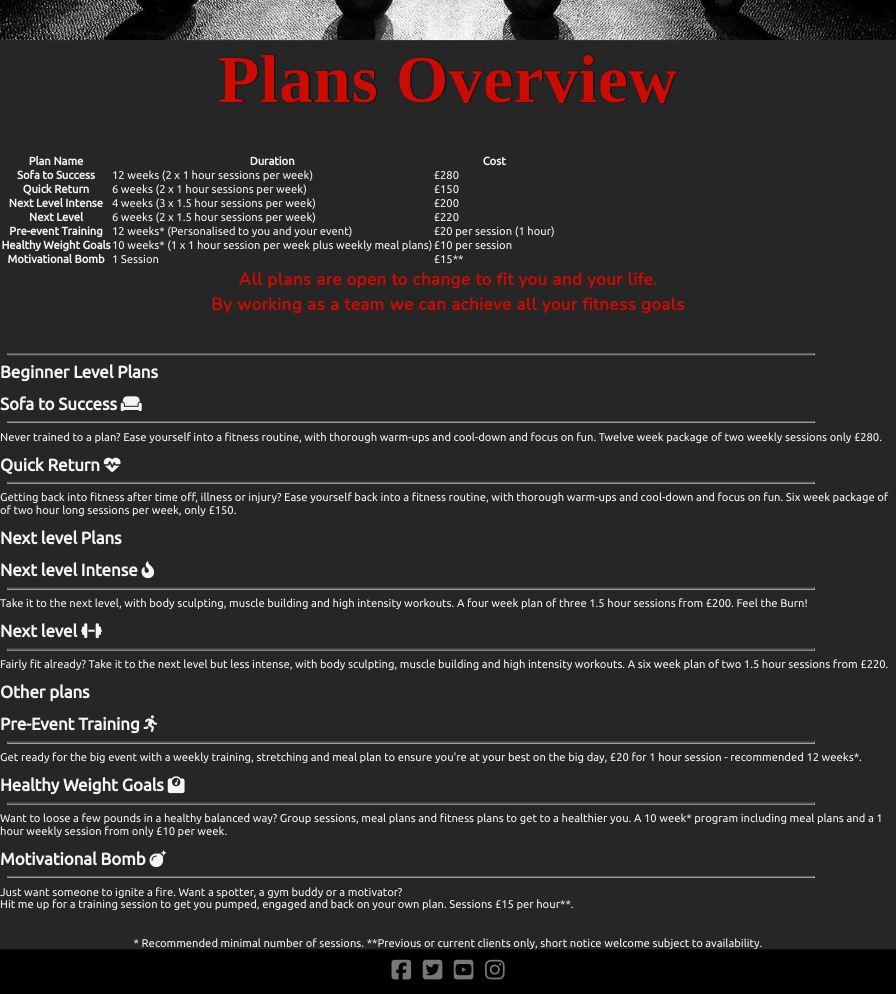
Repository: ClaireRoberts1403/Joe-Bloggs-Personal-Trainer
Page: html/plans.html
The author's editor kept a record of every edit. The page is drawn from the files as they stood at one moment, then again after the next edit.
The browser window is 1280 px wide. The pictures show the part of the page from y = 706 to 2626 px (the page is 2126 px tall before and 2626 px after), at 70% of full size.
Backgrounds fixed to the window are drawn as part of the page. Some web fonts or font styles are not loaded; a fallback is used. Some web libraries are served in a nearby version.

Above is the page before.

### html/plans.html
<!DOCTYPE html>
<html lang="en">

<head>
	<meta charset="UTF-8">
	<meta name="viewport" content="width=device-width, initial-scale=1.0">
	<meta http-equiv="X-UA-Compatible" content="ie=edge">
	<script src="https://kit.fontawesome.com/90ed803b97.js" crossorigin="anonymous"></script>
	<link rel="stylesheet" href="..//assets/style.css">
	<title>Joe Bloggs | Plans </title>
</head>

<body>
	<!-- Navbar -->
	<header>
		<nav>
			<ul id="menu">
				<h1 id="menulogo">Joe Bloggs | Personal Trainer</h1>
				<div class="menuright">
					<li>
						<a href="index.html">Home</a>
					</li>
					<li>
						<a id="active" href="plans.html">Plans</a>
					</li>
					<li>
						<a href="reviews.html">Reviews</a>
					</li>
					<li>
						<a href="contact.html">Contact Me</a>
					</li>
			</ul>
		</nav>
	</header>
	<section id="hero">
		<div class="plans-image">
			<h1 id="hero-name">
				Training Plans</h1>
			<h1 id="hero-title">
				Lets get you started...</h1>
			<h2 id="hero-quote">
				All plans are adaptable to fit you and your goals.</h2>
		</div>
	</section>
	<section>
		<div class="planstable">
			<h1 class="plans-title">Plans Overview</h1>
			<table id="planstable">
				<thead>
					<tr>
						<th class="tablehead" scope="col">Plan Name</th>
						<th class="tablehead" scope="col">Duration</th>
						<th class="tablehead" scope="col">Cost</th>
					</tr>
				</thead>
				<tbody>
					<tr>
						<th scope="row">Sofa to Success</th>
						<td>12 weeks (2 x 1 hour sessions per week)</td>
						<td>£280</td>
					</tr>
					<tr>
						<th scope="row">Quick Return</th>
						<td>6 weeks (2 x 1 hour sessions per week)</td>
						<td>£150</td>
					</tr>
					<tr>
						<th scope="row">Next Level Intense</th>
						<td>4 weeks (3 x 1.5 hour sessions per week)</td>
						<td>£200</td>
					</tr>
					<tr>
						<th scope="row">Next Level</th>
						<td>6 weeks (2 x 1.5 hour sessions per week)</td>
						<td>£220</td>
					</tr>
					<tr>
						<th scope="row">Pre-event Training</th>
						<td>12 weeks* (Personalised to you and your event)</td>
						<td>£20 per session (1 hour)</td>
					</tr>
					<tr>
						<th scope="row">Healthy Weight Goals</th>
						<td>10 weeks* (1 x 1 hour session per week plus weekly meal plans)</td>
						<td>£10 per session</td>
					</tr>
					<tr>
						<th scope="row">Motivational Bomb</th>
						<td>1 Session</td>
						<td>£15**</td>
					</tr>
				</tbody>
			</table>
			<h2 class="plans-quote">All plans are open to change to fit you and your life. <br>By working as a team we can achieve all your fitness goals</h2>
			<hr id="planshr">
		</div>
	</section>

	<section id="plansdescription">
		<div class="row">
			<div class="column">
				<h1>Beginner Level Plans</h1>
				<br>
				<h2>Sofa to Success <i class="fas fa-couch"></i></h2>
				<hr>
				<p>Never trained to a plan? Ease yourself into a fitness routine, with thorough warm-ups and cool-down and focus on fun. Twelve week package of two weekly sessions only £280.</p>
				<br>
				<h2>Quick Return <i class="fas fa-heartbeat"></i></h2>
				<hr>
				<p>Getting back into fitness after time off, illness or injury? Ease yourself back into a fitness routine, with thorough warm-ups and cool-down and focus on fun. Six week package of of two hour long sessions per week, only £150.</p>
				<br>
			</div>

			<div class="column">
				<h1>Next level Plans</h1>
				<br>
				<h2>Next level Intense <i class="fas fa-fire-alt"></i></h2>
				<hr>
				<p>Take it to the next level, with body sculpting, muscle building and high intensity workouts. A four week plan of three 1.5 hour sessions from £200. Feel the Burn!</p>
				<br>
				<h2>Next level <i class="fas fa-dumbbell"></i></h2>
				<hr>
				<p>Fairly fit already? Take it to the next level but less intense, with body sculpting, muscle building and high intensity workouts. A six week plan of two 1.5 hour sessions from £220.</p>
				<br>
			</div>

			<div class="column">
				<h1>Other plans</h1>
				<br>
				<h2>Pre-Event Training <i class="fas fa-running"></i></h2>
				<hr>
				<p>Get ready for the big event with a weekly training, stretching and meal plan to ensure you're at your best on the big day, £20 for 1 hour session - recommended 12 weeks*.</p>
				<br>
				<h2>Healthy Weight Goals <i class="fas fa-weight"></i></h2>
				<hr>
				<p>Want to loose a few pounds in a healthy balanced way? Group sessions, meal plans and fitness plans to get to a healthier you. A 10 week* program including meal plans and a 1 hour weekly session from only £10 per week.</p>
				<br>
			</div>
	</section>
	<div id="bomb">
		<h2>Motivational Bomb <i class="fas fa-bomb"></i></h2>
		<hr>
		<p>Just want someone to ignite a fire. Want a spotter, a gym buddy or a motivator?
			<br>Hit me up for a training session to get you pumped, engaged and back on your own plan. Sessions £15 per hour**.</p>
		<br>
	</div>
	</div>
<div id="footnote">
	<p>* Recommended minimal number of sessions. **Previous or current clients only, short notice welcome subject to availability.</p>
</div>



	<footer>
		<ul class="social-networks">
			<li><a href="http://www.facebook.com" target="_blank"><i class="fab fa-facebook-square"></i></a></li>
			<li><a href="http://www.twitter.com" target="_blank"><i class="fab fa-twitter-square"></i><a/></li>
			<li><a href="http://www.youtube.com" target="_blank"><i class="fab fa-youtube-square"></i><a/></li>
			<li><a href="http://www.instagram.com" target="_blank"><i class="fab fa-instagram"></i></a></li>
		</ul>
	</footer>

</body>

</html>

### assets/style.css
@import url('https://fonts.googleapis.com/css?family=Alatsi|Ubuntu&display=swap');
@import url('https://fonts.googleapis.com/css?family=Nunito&display=swap');



body {
    color: #f5f5f5;
    background-color: #262626;
    font-family: Ubuntu;

}

* {
    margin: 0;
    padding: 0;

}

.container-fluid {
    padding: 0;
    margin: 0;
}



dl,
ol,
ul {
    margin-bottom: 0;
}

/*---navbar---*/

#menulogo {
    font-size: 110%;
    color: #ca0c04;
    text-align: left;
    font-weight: bold;
    display: inline;
    letter-spacing: 3px;
    padding-left: 10px;
}

#menu {
    font-size: 110%;
    list-style-type: none;
    letter-spacing: 3px;
}

#menu li {
    list-style: none;
    line-height: 60px;
    padding-right: 10px;
    justify-content: flex-end;
}

#menu a {
    text-decoration: none;
    color: inherit;

}

#menu a:hover {
    border-bottom: 2px solid #ca0c04;
}

.active {
    border-bottom: 2px solid #595959;
}

.navbar-dark .navbar-nav .nav-link {
    text-align: right;

}

.navbar-toggler:focus,
.navbar-toggler:hover {
    text-decoration: none;
}

.navbar-dark .navbar-toggler {
    color: rgba(255, 255, 255, .5);
    border-color: #595959;
    text-align: right;

}

.navbar-dark .navbar-toggler:focus {
    border-color: #ca0c04;
    outline: none;
}

/*footer*/
footer {
    position: sticky;
}

.social-networks {
    text-align: center;
    background-color: black;
    position: absolute;
    width: 100%;
    height: 4rem;
}

.social-networks li {
    display: inline;
}

.social-networks i {
    font-size: 200%;
    margin-top: 0.2em;
    color: #777777;
    padding: 0.2em;
}

.social-networks i:hover {
    color: #ca0c04;
}

/*--- Hero Image Index page---*/

.hero-image {
    background: url("../images/hero2.jpg");
    width: 100%;
    background-position: center;
    background-repeat: no-repeat;
    background-size: cover;


}

.hero-text {
    padding-left: 8%;
    font-family: Alatsi;

}

.hero-name {
    font-size: 700%;
    color: #ca0c04;
    text-shadow: 3px 3px 3px black;
    padding-top: 160px;
    font-weight: bolder;

}

.hero-title {
    font-size: 300%;
    color: #ca0c04;
    text-shadow: 2px 2px 2px black;

}

.hero-quote {
    font-size: 250%;
    color: #f5f5f5;
    text-shadow: 1px 1px 2px black, 0 0 25px grey, 0 0 5px darkgrey;
    padding-bottom: 20px;

}

/*-- index page - about links --*/

.card-deck {
    justify-content: space-evenly;
}

.card-img-bottom {
    border-radius: 5px;
}

.card-footer {
    border-color: transparent;
    padding-top: 10px;
}

.card-footer p {
    padding-top: 8px;
}

.home {
    margin: 4% 8%;
    width: auto;
}

.about {
    line-height: 20px;
    padding: 10px 5px 0;

}

.about p {
    padding: 0 10px;
    font-family: nunito;
    letter-spacing: 0.5px;
}

.about:hover {
    box-shadow: 8px 8px 16px 8px rgba(0, 0, 0, 0.9);
}

.linkabout {
    text-decoration: none;
    color: #f5f5f5;
}

.linkabout:hover {
    border-bottom: 1px solid #ca0c04;
    text-decoration: none;
    color: #ca0c04;
}


hr {
    border-top: 2px solid #595959;
    width: 90%;
    margin: 10px;
    text-align: center;
}

#history {
    line-height: 25px;
    clear: both;
    margin-bottom: 8%;
    text-align: center;
    font-family: nunito;
    letter-spacing: 1px;
    font-size: large;

}

#history h1 {
    font-size: 275%;
    color: #ca0c04;
    padding: 20px 0;
    text-align: center;
    margin-bottom: 10px;
    font-family: Ubuntu;
}


/* plans */

.phero-name {
    font-size: 700%;
    color: #ca0c04;
    text-shadow: 3px 3px 3px black;
    padding-top: 70px;
    font-weight: bolder;

}

.phero-title {
    font-size: 250%;
    color: #ca0c04;
    text-shadow: 2px 2px 2px black;

}

.phero-quote {
    font-size: 200%;
    color: #f5f5f5;
    text-shadow: 1px 1px 2px black, 0 0 25px grey, 0 0 5px darkgrey;
}

.plans-image {
    background: url("../images/plans.jpg");
    height: 500px;
    width: 100%;
    background-position: center;
    background-repeat: no-repeat;
    background-size: cover;
    background-attachment: fixed;

}

.plans-image2 {
    background: url("../images/plans2.jpg");
    height: 500px;
    width: 100%;
    background-position: center;
    background-repeat: no-repeat;
    background-size: cover;
    background-attachment: fixed;

}

.plans-title {
    font-size: 600%;
    color: #ca0c04;
    text-align: center;
    padding-bottom: 4%;
    letter-spacing: 1px;
    font-family: Alatsi;
    text-shadow: 1px 1px 2px black;
}

.plans-quote {
    font-size: 150%;
    color: #ca0c04;
    text-align: center;
    margin-bottom: 4%;
    font-family: Nunito;
    letter-spacing: 0.8px;
    line-height: 1.5em;

}

.table {
    background-color: #262626;
    color: #f5f5f5;
    text-align: center;
}


.card {
    background-color: #262626;
    box-shadow: 3px 3px 10px 3px black;
    border-color: transparent;
    text-align: center;

}

.card:hover {
    box-shadow: 8px 8px 10px 1px rgba(0, 0, 0, 1);
}

#plans_description h1 {
    color: #ca0c04;
    text-align: center;
    padding-bottom: 4%;
    font-size: 400%;
    font-family: Alatsi;
    font-style: bold;
    text-shadow: 1px 1px 2px black;
}

#plans_description i {
    color: #f5f5f5;
}

#plans_description h5 {
    padding-bottom: 0.5em;
}


#footnote {
    color: #f5f5f5;
    text-align: center;
    padding: 20px 10px 0;

}

.download {
    text-align: center;
    font-size: 160%;
    margin-top: 25px;
    color: #fafafa;
    padding-left: 5px;
    margin-bottom: 25px;

}

a {
    color: #f5f5f5;


}

a:hover {
    color: #ca0c04;
}

.download:hover {
    color: #ca0c04;
    text-decoration: none;

}

.download-pdf i {
    font-size: 18px;
    color: #fafafa;
    text-align: center;
    padding-left: 5px;
}

/*reviews*/


.reviewtitlebg {
    background-color: black;
    padding-bottom: 10px;
}


#review-title {
    font-size: 600%;
    color: #ca0c04;
    padding-top: 4%;
    padding-bottom: 10px;
    font-weight: bold;
    font-family: Alatsi;
    text-align: center;
    margin-bottom: 20px;

}

#review-quote {
    font-size: 190%;
    text-align: center;
    margin-bottom: 4%;
    letter-spacing: 1px;
    word-spacing: 3px;

}



.desc {
    font-size: 110%;
    line-height: 25px;
    padding: 20px 10px 10px 10px;
    font-family: nunito;
    letter-spacing: 0.5px;

}

/*contact*/

#contact {
    background: url("../images/contact.jpg");
    width: 100%;
    background-position: center;
    background-repeat: no-repeat;
    background-size: cover;
    padding-top: 50px;
    margin-top: 6px;
    padding-bottom: 20px;
    text-align: center;

}

#contact-title {
    font-size: 400%;
    color: #ca0c04;
    text-shadow: 1px 1px 2px black;
    padding-top: 1px;
    font-weight: bold;
    font-family: Alatsi;
    text-align: center;
    margin-bottom: 30px;

}


.contactform {
    width: 70%;
    margin-left: 15%;
    text-align:center;
    padding: 30px 10%;
    font-size: larger;
    color: #f5f5f5;
    font-weight: bold;
    background-color: rgba(0, 0, 0, 0.5);
}

.form-control:focus {
    box-shadow: 8px 8px 16px 0 rgba(0, 0, 0, 0.7);
    border-color: #595959;
}

.btn {
    background-color: #ca0c04;
    font-weight: bold;
    font-family: inherit;
    color: #f5f5f5;

}

.btn:focus {
    box-shadow: 8px 8px 16px 0 rgba(0, 0, 0, 0.7);
}


/*----- Media Queries------*/

@media (min-width: 1030px) {

    .hero-image {
        height: 800px;
    }

}

@media (min-width: 1400px) {

    .hero-image {
        height: 1200px;
    }
}


 @media screen and (min-width: 480px) and (max-width: 1024px) {
     #contact {
         height:900px;
     }
 }

     @media screen and (max-width: 768px) {
    .card-columns {
        column-count: 2;
    }
}

@media screen and  (min-width: 480px) and (max-width: 768px) {

    .contactform {
    width: 90%;
    margin-left: 5%;
    }
}

@media screen and (max-width: 668px) {
    .card-deck {
        flex-flow: column;
    }
     .card-columns {
        column-count: 1;
    }
}


@media screen and (max-width: 480px) {

    #media_display_table {
        display: none;
    }


    #menulogo {
        display: none;
    }

    .hero-image {
        height: 600px;

    }

    .hero-name {
        font-size: 550%;
        padding-top: 200px;
        padding-right: 8%;
    }

    .hero-title {
        font-size: 220%;

    }

    .hero-quote {
        font-size: 160%;
        padding-bottom: 4%;
        padding-right: 1%;
    }

    .plans-image {
        height: 670px;

    }
    .plans-image2 {
        height: 450px;

    }

    .phero-name {
        font-size: 500%;
        padding-top: 8%;
        line-height: 90px;
    }

    .phero-title {
        font-size: 180%;
        line-height: 90px;
    }

    .phero-quote {
        font-size: 120%;
        padding-right: 2%;

    }

    .plans-title {
        font-size: 270%;
    }

    .plans-quote {
        font-size: 120%;
        color: #f5f5f5;
    }

    .download {
        font-size: 110%;
    }

    #plans_description h1 {
        font-size: 240%;
    }

    #review-title {
        font-size: 500%;
    }

    #review-quote {
        font-size: 170%;
    }

     .contactform {
    width: 100%;
    margin: 0;
    }
}


@media screen and (max-width: 320px) {

    .hero-image {
        height: 500px;

    }

    .hero-name {
        padding-top: 150px;
        font-size: 400%;
    }

    .hero-quote {
        font-size: 160%;
        padding-bottom: 4%;
        padding-right: 1%;

    .plans-image {
        height: 550px;

    }
    .plans-image2 {
        height: 450px;

    }

    .phero-name {
        font-size: 400%;
        padding-top: 8%;
        line-height: 90px;
    }

    .phero-title {
        font-size: 180%;
        line-height: 90px;
    }

}

After the next edit:
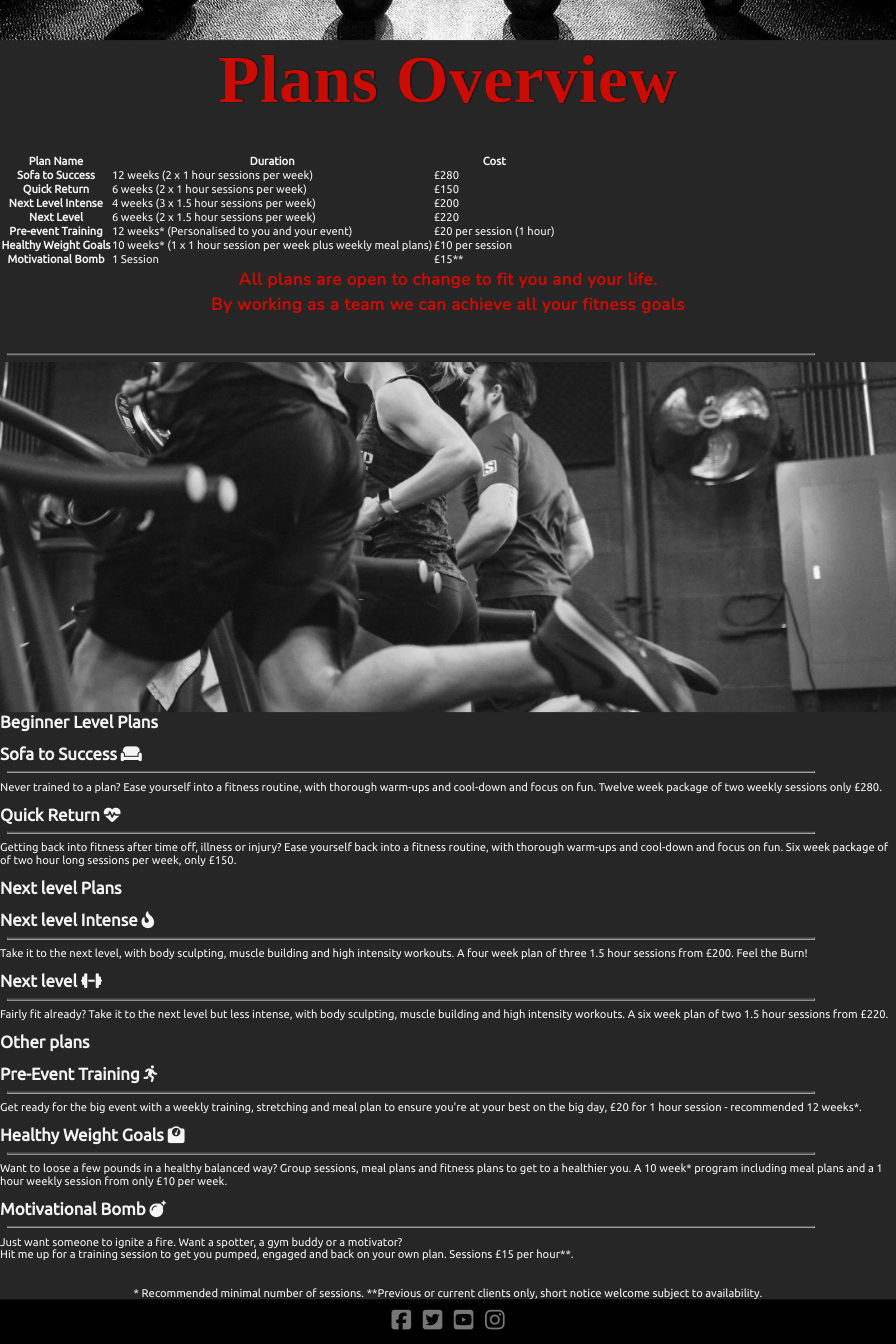
The edit:
--- a/html/plans.html
+++ b/html/plans.html
@@ -94,6 +94,8 @@
 			<h2 class="plans-quote">All plans are open to change to fit you and your life. <br>By working as a team we can achieve all your fitness goals</h2>
 			<hr id="planshr">
 		</div>
+		<div class="plans-image2">
+			</div>
 	</section>
 
 	<section id="plansdescription">
